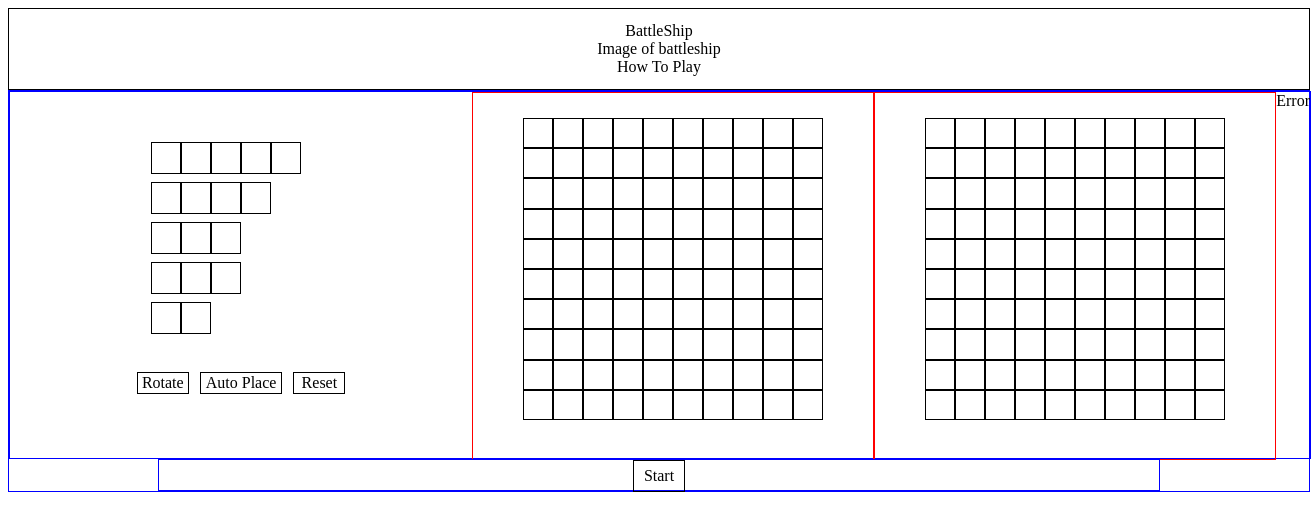
Repository: J-Haze/BattleshipApp
Page: /
An editor plug-in stored every save of this project. The page is shown before and after the next save, followed by the edit.
The browser window is 1280 px wide. The page is 1311 px wide, so the pictures cover 1311 px, including what lies to the right of the window. The pictures show the whole page.
The project was rebuilt for these pictures with package versions that can differ from the ones it lists, and the page was loaded fresh each time. Also part of the build but not shown: src/index.css.

Above is the page before, as saved 2020-09-25 19:27:14.

### src/App.js
import React from "react";
import "./App.css";
import Game from "./Components/Game";
import Header from "./Components/Header"
// import { ProgressPlugin } from "webpack";

//test

function App() {
  return (
    <div className="App">
      <Header />
      <Game />
    </div>
  );
}

export default App;

### src/App.css
/* test */
:root{
    --black: #1B262C;
}


header {
    border: 1px solid black;

    display: flex;
    flex-direction: column;
    justify-content: center;
    align-items: center;
    margin-left: auto;
    margin-right: auto;
    width: 1300px;
    height: 80px;

}

/* div {
    border: 1px solid black;
} */

#how-to:hover{
    cursor: pointer;
}

#game{
    width: 1300px;
    height: 400px;
    display: flex;
    flex-direction: column;
    border: 1px solid blue;
    margin-left: auto;
    margin-right: auto;
}

.column{
    width: 400px;
    height: 100%;
    border: 1px solid red;
}

.board{
    height: 300px;
    width: 300px;
    margin-left: auto;
    margin-right: auto;
    margin-top: 25px;

    display: grid;
    grid-template-columns: repeat(1, 1fr);
    grid-template-rows: repeat(10, 1fr);
    gap: 2px;
}

.row{
    display: flex;
    /* height: 30px; */
    height: 1fr;
    width: 1fr;
}

.square{
    /* height: 100%;
    width: 10%; */
    display: flex;
    height: 100%;
    width: 10%;
    border: 1px solid black;
}

.ship{
    background-color:gray;
    height: 100%;
    width: 100%;
}

.hit{
    background-color:red;
    height: 100%;
    width: 100%;
}

.miss{
    background-color:lightblue;
    height: 100%;
    width: 100%;
}

.sunk{
    background-color:black;
    height: 100%;
    width: 100%;
}

.empty{
    /* background-color: yellow; */
    height: 100%;
    width: 100%;
}

.clickable:hover{
    background-color: rgb(205, 205, 205);
    cursor: pointer;
}

#top-row{
    display: flex;
    width: 1300px;
    height: 400px;
    border: 1px solid blue;
    margin-left: auto;
    margin-right: auto;
}

#bottom-row{
    display: flex;
    width: 1000px;
    height: 30px;
    border: 1px solid blue;
    margin-left: auto;
    margin-right: auto;
}

#start-button{
    margin-left: auto;
    margin-right: auto;
}

.fleet-square{
    width: 30px;
    height: 30px;
    border: 1px solid black;
}

.fleet-horizontal{
    height: 220px;
    width: 220px;
    margin-top: 50px;
    margin-left: auto;
    margin-right: auto;
}

.ship-harbor-horizontal{
    display: flex;
    height: 30px;
    margin-top: 10px;
    margin-left: 20px;
    border: none;
}

.carrier-horizontal{
    width: 150px;
}

.battleship-horizontal{
    width: 120px;
}

.cruiser-horizontal{
    width: 90px;
}

.submarine-horizontal{
    width: 90px;
}

.destroyer-horizontal{
    width: 60px;
}

.fleet-vertical{
    display: flex;
    height: 220px;
    width: 220px;
    margin-top: 50px;
    margin-left: auto;
    margin-right: auto;
}

.ship-harbor-vertical{
    display: flex;
    flex-direction: column;
    width: 30px;
    margin-left: 10px;
    margin-top: 50px;
    border: none;
}

.carrier-vertical{
    height: 150px;
}

.battleship-vertical{
    height: 120px;
}

.cruiser-vertical{
    height: 90px;
}

.submarine-vertical{
    height: 90px;
}

.destroyer-vertical{
    height: 60px;
}

.toggle{
    background-color: gray;
}

.boat-placed{
    background-color: black;
    width: 30px;
    height: 30px;
    border: 1px solid black;
}

#setup{
    margin-left: auto;
    margin-right: auto;
}

#setup-buttons{
    display: flex;
    margin-top: 10px;
}

.btn{
    height: 20px;
    display: flex;
    justify-content: center;
    align-items: center;
    margin-left: auto;
    margin-right: auto;
    border: 1px solid black;
}

.btn:hover{
    cursor: pointer;
}

#rotate{
    width: 50px;
}

#auto-place{
    width: 80px;
}

#reset{
    width: 50px;
}

#start-button{
    border: 1px solid black;
    display: flex;
    justify-content: center;
    align-items: center;
    width: 50px;
    height: 30px;
}

#start-button:hover{
    cursor: pointer;
}

### src/Components/Header.js
import React from "react"
// import shipFactory from "../factories/ship"
// import gameboardFactory from "../factories/gameboard"
// import player from "../factories/player"


function Header() {
    return (
        <header>
            <div>BattleShip</div>
            <div> Image of battleship </div>
            <div id="how-to"> How To Play </div>
        </header>
    )
}


export default Header;

### src/factories/ship.js

const shipFactory = (shipLength) => {
    const shipNames = {
        1: 'Submarine',
        2: 'Destroyer',
        3: 'Cruiser',
        4: 'Battleship',
        5: 'Carrier',
    };

    const name = shipNames[shipLength];

    if (shipLength == 1) {
        shipLength = 3;
    }


    let ship = [];
    for (let i = 0; i < shipLength; i++) {
        ship.push([false, i, name])
    }

    let hit = (hitLocation) => {
        ship[hitLocation] = [true, hitLocation, name];
        console.log("Hit!", ship)
        console.log(`You've hit my ${name}`)
        // console.log("hits length", hit.length)
        // console.log("ship.length", ship.length)
        return ship
    }

    let isSunk = () => {
        let sunkStatus = false
        ship[0][0] == true ? sunkStatus = true : sunkStatus = false
        for (let square in ship) {
            // console.log("ship:", ship)
            // console.log(ship[square])
            sunkStatus = (ship[square][0] && sunkStatus)
        }
        // let sunkStatus = ship[0].every(Boolean);
        return sunkStatus
    }

    return {
        //id,
        name,
        shipLength,
        ship,
        hit,
        isSunk
    }
}

// const destroyer = shipFactory(2)
// const cruiser = shipFactory(3)
// const battleship = shipFactory(4)
// const carrier = shipFactory(5)

export default shipFactory;

//export default {shipFactory, destroyer, cruiser, battleship, carrier}

//Comment out with not testing
// module.exports = shipFactory;

### src/factories/player.js
// import shipFactory from "./ship"
import gameboardFactory from "./gameboard"

const player = (playerName) => {
    // const submarine = shipFactory(1)
    // const destroyer = shipFactory(2)
    // const cruiser = shipFactory(3)
    // const battleship = shipFactory(4)
    // const carrier = shipFactory(5)
    const getBoard = gameboardFactory();
    const gameboard = getBoard;
    let attackCoord = 100;
    let index = 100;

    const squaresToGuess = [];

    for (let i = 0; i <= 99; i++) {
        squaresToGuess.push(i);
    }
    // console.log(squaresToGuess)

    //Randomly sends an attack
    const sendAttack = (coord) => {
        // if (playerName == "Computer") {
        // }
        console.log("yes", playerName)
        if (playerName == "Player") {
            attackCoord = coord;
            index = squaresToGuess.indexOf(attackCoord);
            squaresToGuess.splice(index, 1);
        } else {
            console.log("s2g", squaresToGuess.length - 1)
            attackCoord = Math.floor(Math.random() * (squaresToGuess.length - 1));
            index = squaresToGuess.indexOf(attackCoord);
            squaresToGuess.splice(index, 1);
            console.log("index:", index)
        }

        // console.log({ attackCoord })
        console.log("squares to guess:", squaresToGuess)
        return attackCoord
    }



    //send attack will take coordinates and "send an attack" to the OPPOSING board
    //Need to make sure it has an array of 0-99 and takes away the guessed numbers from that array.
    //random between 0 and array.length

    return {
        gameboard,
        squaresToGuess,
        sendAttack
    }
}








export default player;

### src/Components/Board.js
import React, { useState, useEffect } from "react"
// import shipFactory from "../factories/ship"
// import gameboardFactory from "../factories/gameboard"
// import player from "../factories/player"
// import Square from "./Square.js"
import Row from "./Row.js"
// import Player from "./Player.js"

function Board(props) {
    let { id, board, phase, boardID, handlePlaceShip, update } = props;

    const [rowState, setRows] = useState([]);

    // let rows = [];


    useEffect(() => {
        let rows = [];
        for (let i = 0; i < board.length; i += 10) {
            rows.push(board.slice(i, i + 10));
        }
        setRows(rows);
    }, [update]
    );



    return (
        <div id={id} className="board">
            {/* {squareItems} */}
            {rowState.map((row, i) => {
                return (
                    <Row
                        key={i}
                        roww={i}
                        rowObj={row}
                        phase={phase}
                        boardID={boardID}
                        handlePlaceShip={handlePlaceShip}
                    // position={[i, j]}
                    // position={square}
                    // key={square.}
                    // key={book.title}
                    // book={book}
                    // handleDelete={handleDelete}
                    // toggleRead={toggleRead}
                    // toggleReading={toggleReading}
                    // toggleNotRead={toggleNotRead}
                    />
                );
            })
            }
        </div>
    )
}

export default Board;

### src/Components/Row.js
import React, { useState, useEffect } from "react"
// import shipFactory from "../factories/ship"
// import gameboardFactory from "../factories/gameboard"
// import player from "../factories/player"
import Square from "./Square"

function Row(props) {
    let { roww, rowObj, handleClick, phase, boardID, handlePlaceShip, update } = props;


    useEffect(() => {
        rowObj = rowObj;
    },
        [update]
    );

    return (
        <div className="row">
            {rowObj.map((square, j) => {
                return (
                    <Square
                        key={j}
                        row={roww}
                        col={j}
                        squareObj={square}
                        handleClick={handleClick}
                        phase={phase}
                        boardID={boardID}
                        handlePlaceShip={handlePlaceShip}
                    />
                );
            })
            }
        </div>
    )
};
export default Row;

### src/Components/Fleet.js
import React, { useState, useEffect } from "react"

function Fleet(props) {

    console.log("key", props.key)
    console.log("id", props.id)

    console.log("orient", props.orient)

    let toggledCarrier = "";
    let toggledBattleship = "";
    let toggledCruiser = "";
    let toggledSubmarine = "";
    let toggledDestroyer = "";

    // useEffect(() => {
    //     if (props.placingShip == "carrier") {
    //         toggledCarrier = " toggle";
    //     } else {
    //         toggledCarrier = "";
    //     };
    // }, []
    // );

    if (props.placingShip == "carrier") {
        toggledCarrier = " toggle";
    } else {
        toggledCarrier = "";
    };

    if (props.placingShip == "battleship") {
        toggledBattleship = " toggle";
    } else {
        toggledBattleship = "";
    };

    if (props.placingShip == "cruiser") {
        toggledCruiser = " toggle";
    } else {
        toggledCruiser = "";
    };

    if (props.placingShip == "submarine") {
        toggledSubmarine = " toggle";
    } else {
        toggledSubmarine = "";
    };

    if (props.placingShip == "destroyer") {
        toggledDestroyer = " toggle";
    } else {
        toggledDestroyer = "";
    };




    if (props.orient == "horizontal") {
        return (
            <div id={props.id} className="fleet" >
                <div className={`carrier ship-harbor horizontal${toggledCarrier}`} onClick={() => props.togglePlacement("carrier")}></div>
                <div className={`battleship ship-harbor horizontal${toggledBattleship}`} onClick={() => props.togglePlacement("battleship")}></div>
                <div className={`cruiser ship-harbor horizontal${toggledCruiser}`} onClick={() => props.togglePlacement("cruiser")}></div>
                <div className={`submarine ship-harbor horizontal${toggledSubmarine}`} onClick={() => props.togglePlacement("submarine")}></div>
                <div className={`destroyer ship-harbor horizontal${toggledDestroyer}`} onClick={() => props.togglePlacement("destroyer")}></div>
            </div >
        )
    } else {
        return (
            <div id={props.id} className="fleet" > Error
                <div className="carrier ship-harbor horizontal" ></div>
                <div className="battleship ship-harbor horizontal"></div>
                <div className="cruiser ship-harbor horizontal"></div>
                <div className="submarine ship-harbor horizontal"></div>
                <div className="destroyer ship-harbor horizontal"></div>
            </div >
        )
    }


};

export default Fleet;

### src/Components/Square.js
import React, { useState, useEffect } from "react"
// import shipFactory from "../factories/ship"
// import gameboardFactory from "../factories/gameboard"
// import player from "../factories/player"

function Square(props) {

    const id = (props.row * 10 + props.col)

    let attackClick = () => props.handleClick(id);
    let placementClick = () => props.handlePlaceShip(id);

    let placementMode = null;
    let playerAttack = null;

    if (props.phase == "setup") {
        placementMode = placementClick;
        playerAttack = null;
    } else if (props.phase == "playerTurn") {
        placementMode = null;
        playerAttack = attackClick;
    }

    let playerClickable = "";
    if (props.phase == "setup") {
        playerClickable = " clickable"
    } else {
        playerClickable = "";
    }

    let computerClickable = "";
    if (props.phase == "playerTurn") {
        computerClickable = "clickable"
    } else {
        computerClickable = "";
    }

    if (props.boardID == "player") {
        return (
            <div className="square">
                {(props.squareObj != null) ?
                    ((props.squareObj[0] == false) ?
                        (<div className="ship" key={id}>O</div>) :
                        (props.squareObj[0] == true) ?
                            (<div className="hit" key={id}>X</div>) :
                            (props.squareObj[0] == "sunk") ?
                                (<div className="sunk" key={id}>X</div>) :
                                (props.squareObj == "miss") ?
                                    (<div className="miss" key={id}>X</div>) :
                                    (<div>error</div>)) :
                    (<div className={`empty ${playerClickable}`} key={id} onClick={placementMode}></div>)
                }
            </div>
        )
    } else {
        return (
            <div className="square">
                {(props.squareObj != null) ?
                    ((props.squareObj[0] == false) ?
                        (<div className="ship" key={id} onClick={playerAttack}>O</div>) :
                        (props.squareObj[0] == true) ?
                            (<div className="hit" key={id}>X</div>) :
                            (props.squareObj[0] == "sunk") ?
                                (<div className="sunk" key={id}>X</div>) :
                                (props.squareObj == "miss") ?
                                    (<div className="miss" key={id}>X</div>) :
                                    (<div>error</div>)) :
                    (<div className={`empty ${computerClickable}`} key={id} onClick={playerAttack}></div>)
                }
            </div>
        )
    }


}

export default Square;

Loaded but not shown: public/index.html (common file); src/index.js (common file); src/serviceWorker.js (common file); src/Components/Game.js (262 lines, source omitted); src/factories/gameboard.js (218 lines, source omitted); src/Components/PlayerFleet.js (161 lines, source omitted)

After the next save:
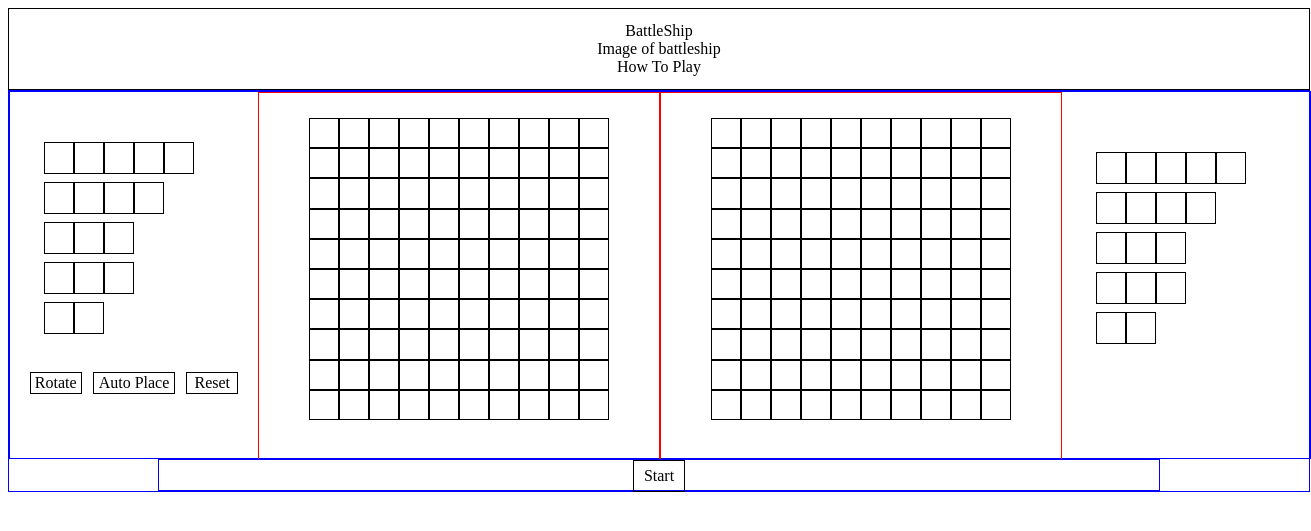
Saved 8 s later.
--- a/src/Components/Fleet.js
+++ b/src/Components/Fleet.js
@@ -2,80 +2,73 @@ import React, { useState, useEffect } from "react"
 
 function Fleet(props) {
 
-    console.log("key", props.key)
-    console.log("id", props.id)
+    let sunkCarrier = "";
+    let sunkBattleship = "";
+    let sunkCruiser = "";
+    let sunkSubmarine = "";
+    let sunkDestroyer = "";
 
-    console.log("orient", props.orient)
-
-    let toggledCarrier = "";
-    let toggledBattleship = "";
-    let toggledCruiser = "";
-    let toggledSubmarine = "";
-    let toggledDestroyer = "";
-
-    // useEffect(() => {
-    //     if (props.placingShip == "carrier") {
-    //         toggledCarrier = " toggle";
-    //     } else {
-    //         toggledCarrier = "";
-    //     };
-    // }, []
-    // );
-
-    if (props.placingShip == "carrier") {
-        toggledCarrier = " toggle";
+    if (props.boatsSunk.includes("Carrier")) {
+        sunkCarrier = "sunk";
     } else {
-        toggledCarrier = "";
+        sunkCarrier = "";
     };
 
-    if (props.placingShip == "battleship") {
-        toggledBattleship = " toggle";
+    if (props.boatsSunk.includes("Battleship")) {
+        sunkBattleship = "sunk";
     } else {
-        toggledBattleship = "";
+        sunkBattleship = "";
     };
 
-    if (props.placingShip == "cruiser") {
-        toggledCruiser = " toggle";
+    if (props.boatsSunk.includes("Cruiser")) {
+        sunkCruiser = "sunk";
     } else {
-        toggledCruiser = "";
+        sunkCruiser = "";
     };
 
-    if (props.placingShip == "submarine") {
-        toggledSubmarine = " toggle";
+    if (props.boatsSunk.includes("Submarine")) {
+        sunkSubmarine = "sunk";
     } else {
-        toggledSubmarine = "";
+        sunkSubmarine = "";
     };
 
-    if (props.placingShip == "destroyer") {
-        toggledDestroyer = " toggle";
+    if (props.boatsSunk.includes("Destroyer")) {
+        sunkDestroyer = "sunk";
     } else {
-        toggledDestroyer = "";
+        sunkDestroyer = "";
     };
 
-
-
-
-    if (props.orient == "horizontal") {
-        return (
-            <div id={props.id} className="fleet" >
-                <div className={`carrier ship-harbor horizontal${toggledCarrier}`} onClick={() => props.togglePlacement("carrier")}></div>
-                <div className={`battleship ship-harbor horizontal${toggledBattleship}`} onClick={() => props.togglePlacement("battleship")}></div>
-                <div className={`cruiser ship-harbor horizontal${toggledCruiser}`} onClick={() => props.togglePlacement("cruiser")}></div>
-                <div className={`submarine ship-harbor horizontal${toggledSubmarine}`} onClick={() => props.togglePlacement("submarine")}></div>
-                <div className={`destroyer ship-harbor horizontal${toggledDestroyer}`} onClick={() => props.togglePlacement("destroyer")}></div>
-            </div >
-        )
-    } else {
-        return (
-            <div id={props.id} className="fleet" > Error
-                <div className="carrier ship-harbor horizontal" ></div>
-                <div className="battleship ship-harbor horizontal"></div>
-                <div className="cruiser ship-harbor horizontal"></div>
-                <div className="submarine ship-harbor horizontal"></div>
-                <div className="destroyer ship-harbor horizontal"></div>
-            </div >
-        )
-    }
+    return (
+        <div id={props.id} className="fleet-horizontal" >
+            <div className={`carrier-horizontal ship-harbor-horizontal ${sunkCarrier}`} >
+                <div className="fleet-square"></div>
+                <div className="fleet-square"></div>
+                <div className="fleet-square"></div>
+                <div className="fleet-square"></div>
+                <div className="fleet-square"></div>
+            </div>
+            <div className={`battleship-horizontal ship-harbor-horizontal ${sunkBattleship}`} >
+                <div className="fleet-square"></div>
+                <div className="fleet-square"></div>
+                <div className="fleet-square"></div>
+                <div className="fleet-square"></div>
+            </div>
+            <div className={`cruiser-horizontal ship-harbor-horizontal ${sunkCruiser}`} >
+                <div className="fleet-square"></div>
+                <div className="fleet-square"></div>
+                <div className="fleet-square"></div>
+            </div>
+            <div className={`submarine-horizontal ship-harbor-horizontal ${sunkSubmarine}`} >
+                <div className="fleet-square"></div>
+                <div className="fleet-square"></div>
+                <div className="fleet-square"></div>
+            </div>
+            <div className={`destroyer-horizontal ship-harbor-horizontal ${sunkDestroyer}`} >
+                <div className="fleet-square"></div>
+                <div className="fleet-square"></div>
+            </div>
+        </div >
+    )
 
 
 };
